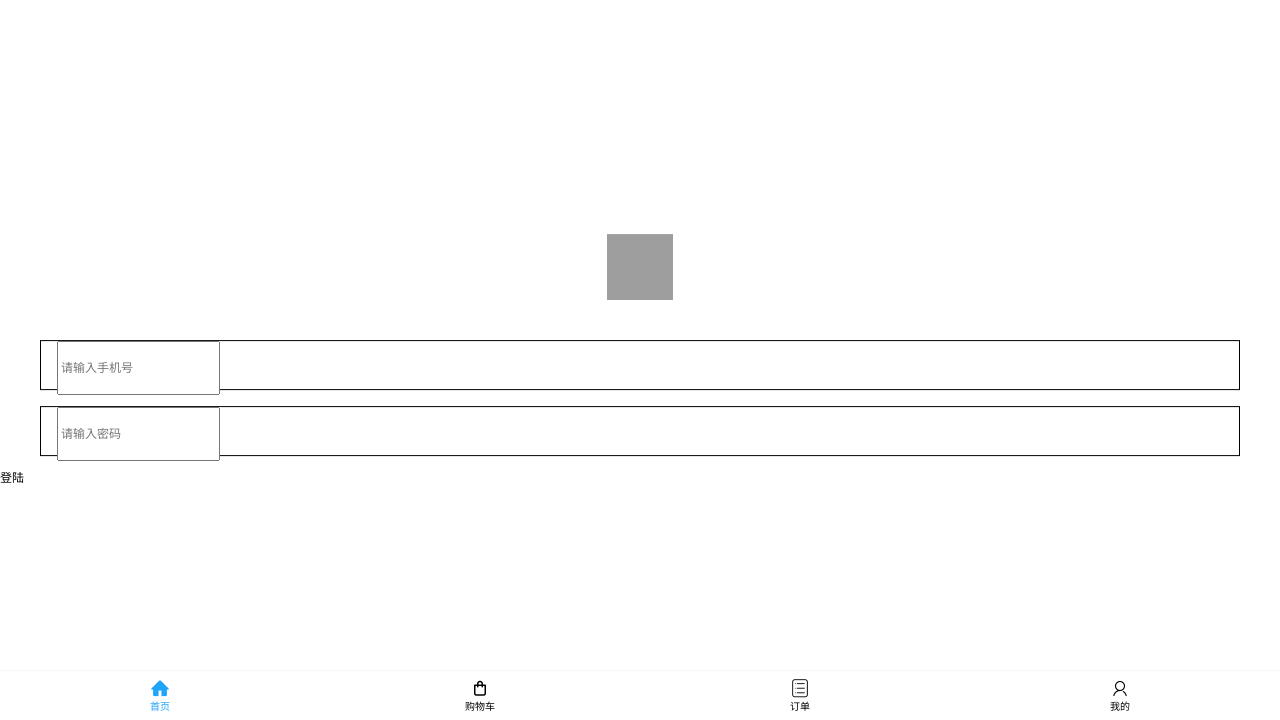
Repository: nestzero/mallapp
Page: /#/login
The author's editor kept a copy of each file at every save. The page is drawn from the files as they stood at one save, then again after the next save.
The browser window is 1280 px wide. The pictures show the whole page.
Pictures or frames that could not be fetched are drawn as grey boxes. The project was rebuilt for these pictures with package versions that can differ from the ones it lists, and the page was loaded fresh each time. Also part of the build but not shown: vue.config.js.

Above is the page before, as saved 2022-03-07 22:40:46.

After the next save:
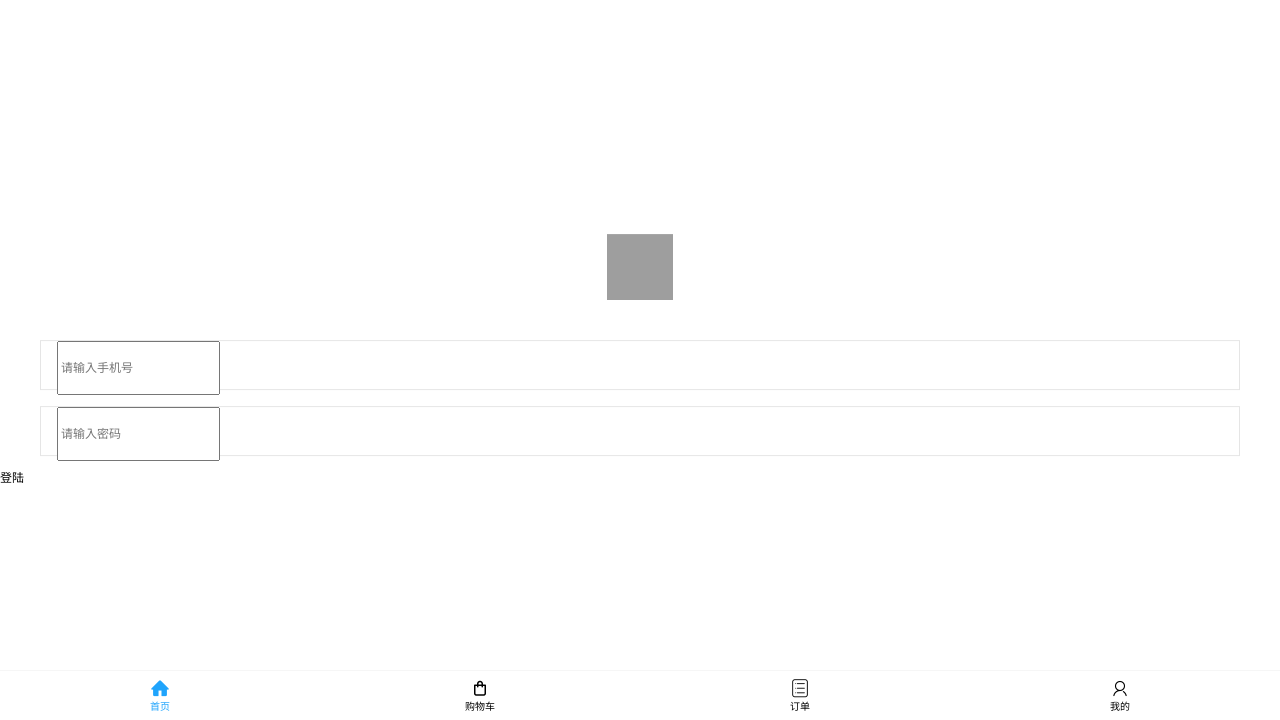
Saved 16 s later.
--- a/src/components/content/login/Login.vue
+++ b/src/components/content/login/Login.vue
@@ -43,7 +43,8 @@ export default {};
 
     padding: 0 .16rem;
 
-    border: 1px solid ;
+
+    border: 1px solid rgba(0,0,0,0.10);
 
     &_content{
       line-height: .48rem;
